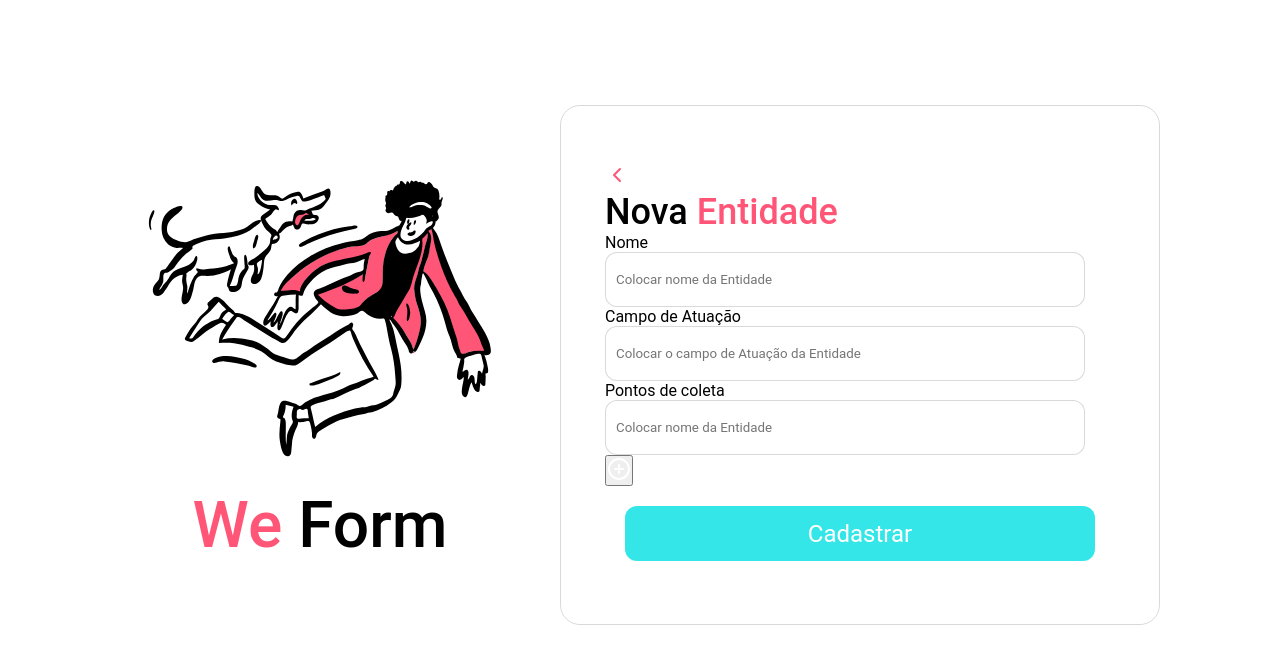
Repository: guilhermecardoso93/we-form
Page: nova-entidade.html
These files come from the project's save history. The page is drawn as it stood at one moment and after the next save; the edit follows.
The browser window is 1280 px wide. The pictures show the whole page.
Some web libraries are served in a nearby version.

Above is the page before, as saved 2024-06-09 18:14:38.

After the next save:
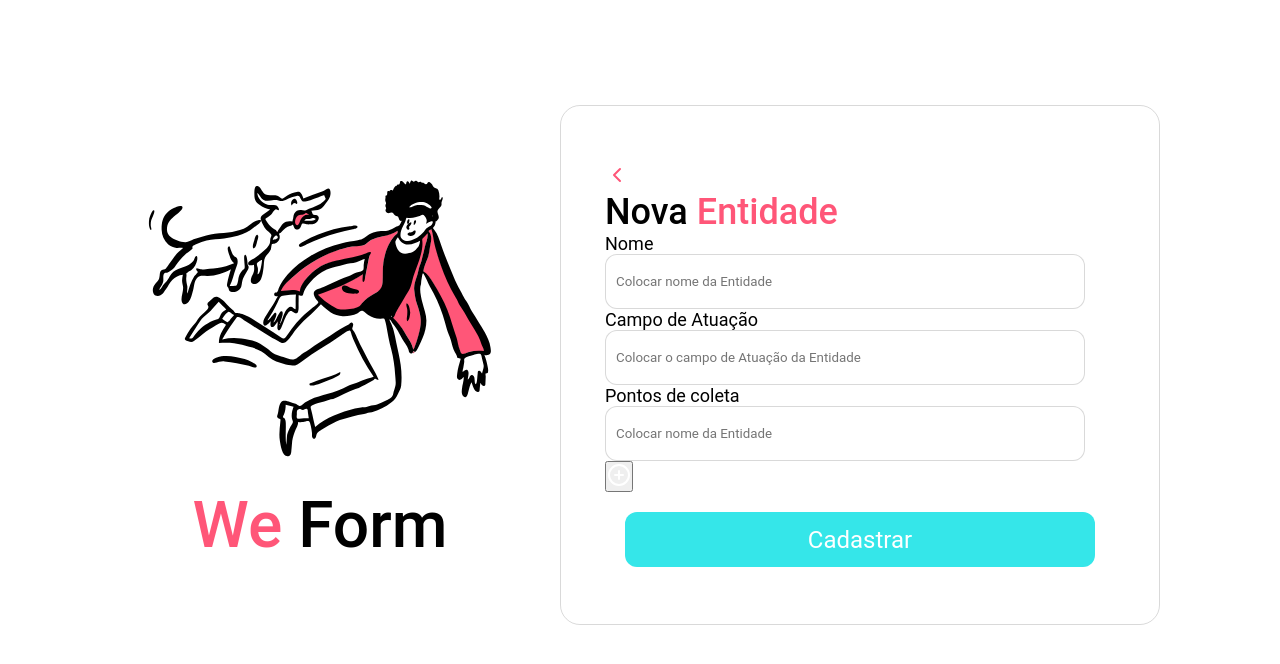
Saved 31 s later.
--- a/styles.css
+++ b/styles.css
@@ -123,4 +123,11 @@ main form input {
   border: var(--border-color);
   border-radius: 12px;
   padding: 1rem;
+
 }
+
+
+main form label {
+  font-size: 1.8rem;
+  font-weight: 400;
+}
